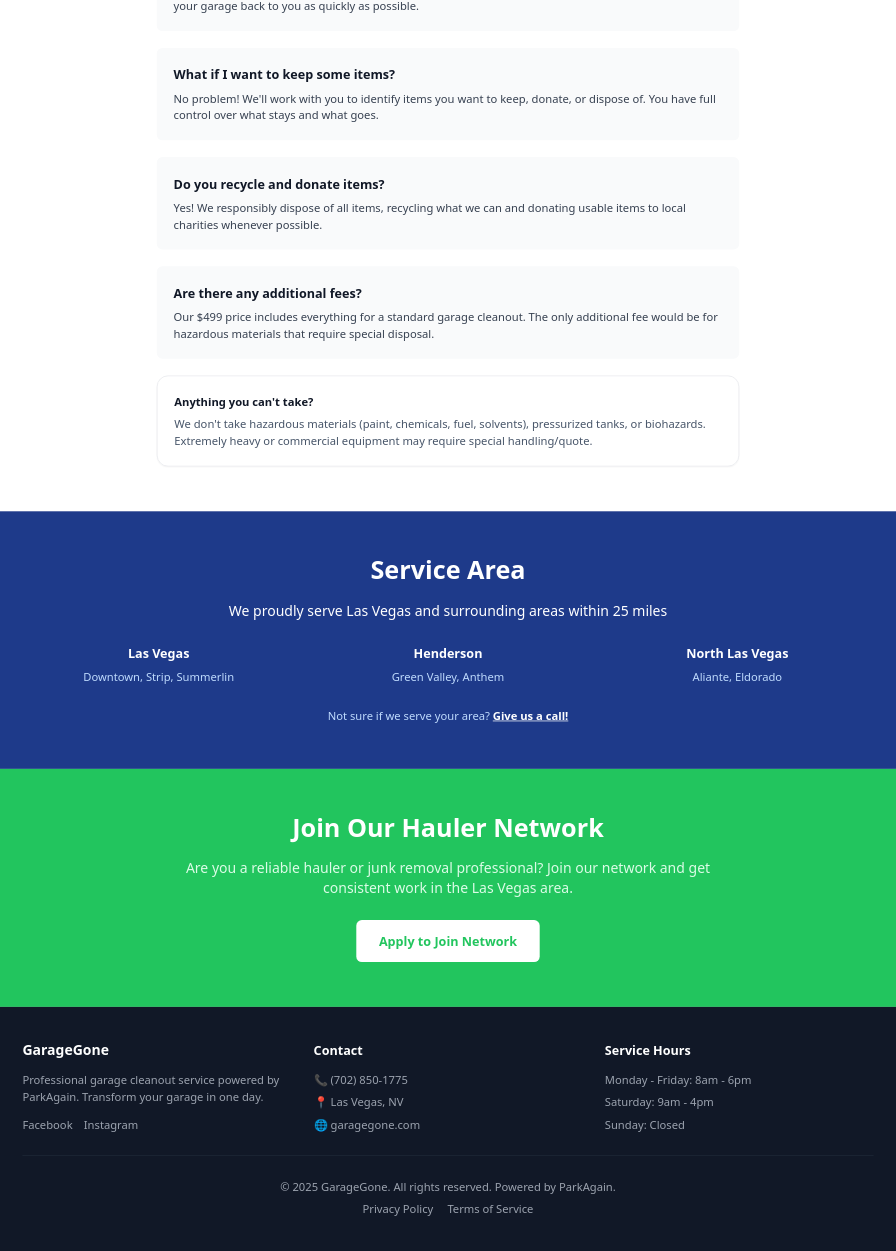
Repository: nikwhite1169/garagegone
Page: index.html
The author's editor kept a copy of each file at every save. The page is drawn from the files as they stood at one save, then again after the next save.
The browser window is 1280 px wide. The pictures show the part of the page from y = 3269 to 5189 px (the page is 5056 px tall before and 5189 px after), at 70% of full size.
Some web libraries are served in a nearby version.

Above is the page before, as saved 2025-09-15 13:45:14.

### index.html
<!DOCTYPE html>
<html lang="en">
<head>
    <meta charset="UTF-8">
    <meta name="viewport" content="width=device-width, initial-scale=1.0">
    <title>GarageGone - Professional Garage Cleanout Service | Las Vegas</title>
    <meta name="description" content="Professional garage cleanout service in Las Vegas. Flat $499 pricing. We haul everything away. Book your garage transformation today with GarageGone.">
    <meta name="keywords" content="garage cleanout, junk removal, Las Vegas, garage cleaning, hauling service, decluttering">

    <!-- Open Graph Meta Tags -->
    <meta property="og:title" content="GarageGone - Professional Garage Cleanout Service | Las Vegas">
    <meta property="og:description" content="Transform your garage with our professional cleanout service. Flat $499 pricing. We haul everything away. Serving Las Vegas and surrounding areas.">
    <meta property="og:image" content="https://garagegone.com/images/garage-before-after.jpg">
    <meta property="og:url" content="https://garagegone.com">
    <meta property="og:type" content="website">
    <meta property="og:site_name" content="GarageGone">

    <!-- Twitter Card Meta Tags -->
    <meta name="twitter:card" content="summary_large_image">
    <meta name="twitter:title" content="GarageGone - Professional Garage Cleanout Service | Las Vegas">
    <meta name="twitter:description" content="Transform your garage with our professional cleanout service. Flat $499 pricing. We haul everything away.">
    <meta name="twitter:image" content="https://garagegone.com/images/garage-before-after.jpg">

    <!-- Favicon -->
    <link rel="icon" type="image/x-icon" href="/favicon.ico">

    <!-- Tailwind CSS CDN -->
    <script src="https://cdn.tailwindcss.com"></script>

    <!-- Custom Tailwind Config -->
    <script>
        tailwind.config = {
            theme: {
                extend: {
                    colors: {
                        'brand-blue': '#1e3a8a',
                        'brand-green': '#22c55e',
                    }
                }
            }
        }
    </script>

    <!-- JSON-LD Schema Markup -->
    <script type="application/ld+json">
    {
        "@context": "https://schema.org",
        "@type": "LocalBusiness",
        "name": "GarageGone",
        "description": "Professional garage cleanout and junk removal service",
        "url": "https://garagegone.com",
        "telephone": "+7028501775",
        "address": {
            "@type": "PostalAddress",
            "addressLocality": "Las Vegas",
            "addressRegion": "NV",
            "addressCountry": "US"
        },
        "areaServed": {
            "@type": "GeoCircle",
            "geoMidpoint": {
                "@type": "GeoCoordinates",
                "latitude": 36.1699,
                "longitude": -115.1398
            },
            "geoRadius": "25 miles"
        },
         "sameAs": [
             "https://facebook.com/ParkAgain",
             "https://instagram.com/parkagain.app"
         ],
        "priceRange": "$499",
        "serviceType": "Garage Cleanout Service",
        "hasOfferCatalog": {
            "@type": "OfferCatalog",
            "name": "Garage Cleanout Services",
            "itemListElement": [
                {
                    "@type": "Offer",
                    "itemOffered": {
                        "@type": "Service",
                        "name": "Complete Garage Cleanout",
                        "description": "Full garage cleanout and junk removal service"
                    },
                    "price": "499",
                    "priceCurrency": "USD"
                }
            ]
        }
    }
    </script>

    <style>
        /* Smooth scroll behavior */
        html {
            scroll-behavior: smooth;
        }

        /* Custom animations */
        @keyframes fadeInUp {
            from {
                opacity: 0;
                transform: translateY(30px);
            }
            to {
                opacity: 1;
                transform: translateY(0);
            }
        }

        .fade-in-up {
            animation: fadeInUp 0.6s ease-out;
        }

        /* Ensure sticky footer doesn't overlap content */
        body {
            padding-bottom: 80px;
        }

        @media (min-width: 768px) {
            body {
                padding-bottom: 0;
            }
        }
    </style>
</head>
<body class="bg-gray-50 text-gray-900">
    <!-- Header -->
    <header class="bg-white shadow-sm sticky top-0 z-40">
        <div class="max-w-7xl mx-auto px-4 sm:px-6 lg:px-8">
            <div class="flex justify-between items-center py-4">
                <div class="flex items-center">
                    <h1 class="text-2xl font-bold text-brand-blue">GarageGone</h1>
                    <span class="ml-2 text-sm text-gray-600">Powered by ParkAgain</span>
                </div>
                <div class="hidden md:flex space-x-4">
                    <a href="tel:+7028501775" class="bg-brand-blue text-white px-4 py-2 rounded-lg font-semibold hover:bg-blue-800 transition-colors">
                        Call Now
                    </a>
                    <a href="https://m.me/parkagain" target="_blank" class="bg-brand-green text-white px-4 py-2 rounded-lg font-semibold hover:bg-green-600 transition-colors">
                        Book Cleanout
                    </a>
                </div>
            </div>
        </div>
    </header>

    <!-- Hero Section -->
    <section class="bg-gradient-to-br from-brand-blue to-blue-800 text-white py-16 md:py-24">
        <div class="max-w-7xl mx-auto px-4 sm:px-6 lg:px-8">
            <div class="text-center fade-in-up">
                <h2 class="text-4xl md:text-6xl font-bold mb-6">
                    Transform Your Garage in One Day
                </h2>
                <p class="text-xl md:text-2xl mb-8 text-blue-100 max-w-3xl mx-auto">
                    Professional garage cleanout service. We sort, haul, and clean everything.
                    <strong class="text-brand-green">Flat $499 pricing.</strong> No surprises.
                </p>
                <div class="flex flex-col sm:flex-row gap-4 justify-center items-center">
                    <a href="https://m.me/parkagain" target="_blank"
                       class="bg-brand-green text-white px-8 py-4 rounded-lg text-lg font-bold hover:bg-green-600 transition-colors w-full sm:w-auto text-center">
                        📱 Book via Messenger
                    </a>
                     <a href="tel:+7028501775"
                        class="bg-white text-brand-blue px-8 py-4 rounded-lg text-lg font-bold hover:bg-gray-100 transition-colors w-full sm:w-auto text-center">
                         📞 Call (702) 850-1775
                     </a>
                </div>
                <ul class="mt-6 text-blue-100 space-y-2">
                  <li>✅ Fast scheduling (usually within 48 hours)</li>
                  <li>✅ One flat price — no surprises</li>
                  <li>✅ Donation, recycling, and disposal handled</li>
                </ul>
                <p class="mt-4 text-blue-200">
                    ⭐ Serving Las Vegas & surrounding areas (25 miles)
                </p>
            </div>
        </div>
    </section>

    <!-- How It Works -->
    <section id="how-it-works" class="py-16 bg-white">
        <div class="max-w-7xl mx-auto px-4 sm:px-6 lg:px-8">
            <div class="text-center mb-12">
                <h3 class="text-3xl md:text-4xl font-bold text-gray-900 mb-4">How It Works</h3>
                <p class="text-xl text-gray-600">Simple 3-step process to transform your garage</p>
            </div>

            <div class="grid md:grid-cols-3 gap-8">
                <div class="text-center p-6 rounded-lg bg-gray-50">
                    <div class="w-16 h-16 bg-brand-blue text-white rounded-full flex items-center justify-center text-2xl font-bold mx-auto mb-4">1</div>
                    <h4 class="text-xl font-bold mb-3">Book Your Appointment</h4>
                    <p class="text-gray-600">Contact us via Messenger or phone. We'll schedule a convenient time that works for you.</p>
                </div>

                <div class="text-center p-6 rounded-lg bg-gray-50">
                    <div class="w-16 h-16 bg-brand-blue text-white rounded-full flex items-center justify-center text-2xl font-bold mx-auto mb-4">2</div>
                    <h4 class="text-xl font-bold mb-3">We Sort & Haul</h4>
                    <p class="text-gray-600">Our professional team arrives, sorts through everything, and hauls away unwanted items responsibly.</p>
                </div>

                <div class="text-center p-6 rounded-lg bg-gray-50">
                    <div class="w-16 h-16 bg-brand-green text-white rounded-full flex items-center justify-center text-2xl font-bold mx-auto mb-4">3</div>
                    <h4 class="text-xl font-bold mb-3">Enjoy Your Space</h4>
                    <p class="text-gray-600">Walk into your clean, organized garage. Use it for parking, storage, or whatever you need!</p>
                </div>
            </div>
        </div>
    </section>

    <!-- Pricing Section -->
    <section id="pricing" class="py-16 bg-gray-50">
        <div class="max-w-7xl mx-auto px-4 sm:px-6 lg:px-8">
            <div class="text-center mb-12">
                <h3 class="text-3xl md:text-4xl font-bold text-gray-900 mb-4">Simple, Flat Pricing</h3>
                <p class="text-xl text-gray-600">No hidden fees. No surprises. One price covers everything.</p>
            </div>

            <div class="max-w-2xl mx-auto">
                <div class="bg-white rounded-2xl shadow-lg p-8 border-4 border-brand-green">
                    <div class="text-center">
                        <div class="text-6xl font-bold text-brand-green mb-2">$499</div>
                        <div class="text-xl text-gray-600 mb-6">Complete Garage Cleanout</div>

                        <div class="text-left space-y-3 mb-8">
                            <div class="flex items-center">
                                <span class="text-brand-green text-xl mr-3">✓</span>
                                <span>Professional sorting and organization</span>
                            </div>
                            <div class="flex items-center">
                                <span class="text-brand-green text-xl mr-3">✓</span>
                                <span>Complete junk removal and hauling</span>
                            </div>
                            <div class="flex items-center">
                                <span class="text-brand-green text-xl mr-3">✓</span>
                                <span>Responsible disposal and recycling</span>
                            </div>
                            <div class="flex items-center">
                                <span class="text-brand-green text-xl mr-3">✓</span>
                                <span>Basic cleaning and sweeping</span>
                            </div>
                            <div class="flex items-center">
                                <span class="text-brand-green text-xl mr-3">✓</span>
                                <span>Up to 4 hours of professional service</span>
                            </div>
                            <div class="flex items-center">
                                <span class="text-brand-green text-xl mr-3">✓</span>
                                <span>Photo confirmation on completion</span>
                            </div>
                        </div>

                        <a href="https://m.me/parkagain" target="_blank"
                           class="bg-brand-green text-white px-8 py-4 rounded-lg text-lg font-bold hover:bg-green-600 transition-colors w-full block text-center">
                            Book Your Cleanout Now
                        </a>
                    </div>
                </div>
            </div>
        </div>
    </section>

    <!-- Before/After Section -->
    <section class="py-16 bg-white">
        <div class="max-w-7xl mx-auto px-4 sm:px-6 lg:px-8">
            <div class="text-center mb-12">
                <h3 class="text-3xl md:text-4xl font-bold text-gray-900 mb-4">See the Transformation</h3>
                <p class="text-xl text-gray-600">Real results from real customers</p>
            </div>

            <div class="grid md:grid-cols-2 gap-8 max-w-4xl mx-auto">
                <div class="text-center">
                    <h4 class="text-xl font-bold mb-4 text-red-600">Before</h4>
                    <div class="bg-gray-200 rounded-lg aspect-video flex items-center justify-center">
                        <img src="https://via.placeholder.com/400x300/cccccc/666666?text=Before+Photo"
                             alt="Cluttered garage before GarageGone cleanout service"
                             class="rounded-lg w-full h-full object-cover">
                    </div>
                </div>

                <div class="text-center">
                    <h4 class="text-xl font-bold mb-4 text-brand-green">After</h4>
                    <div class="bg-gray-200 rounded-lg aspect-video flex items-center justify-center">
                        <img src="https://via.placeholder.com/400x300/22c55e/ffffff?text=After+Photo"
                             alt="Clean, organized garage after GarageGone cleanout service"
                             class="rounded-lg w-full h-full object-cover">
                    </div>
                </div>
            </div>
        </div>
    </section>

    <!-- Before & After Gallery (replaces Reviews) -->
    <section class="bg-slate-50 border-y border-slate-200">
      <div class="max-w-6xl mx-auto px-4 md:px-6 py-12">
        <h2 class="text-2xl md:text-3xl font-bold mb-6">Before & After</h2>
        <p class="text-slate-600 mb-6">Real garages, real results. We clear the entire space so you can park again.</p>
        <div class="grid md:grid-cols-2 gap-6">
          <img src="https://images.unsplash.com/photo-1582582494700-1c476f9b7f8a?q=80&w=1200&auto=format&fit=crop" alt="Cluttered garage before cleanout" class="rounded-2xl border shadow-sm object-cover w-full h-64 md:h-80">
          <img src="https://images.unsplash.com/photo-1600585154526-990dced4db0d?q=80&w=1200&auto=format&fit=crop" alt="Clean garage after cleanout with car parked" class="rounded-2xl border shadow-sm object-cover w-full h-64 md:h-80">
        </div>
        <p class="text-xs text-slate-500 mt-3">*Have before/after photos? We'll swap these placeholders after our first jobs.</p>
      </div>
    </section>

    <!-- FAQ Section -->
    <section id="faq" class="py-16 bg-white">
        <div class="max-w-4xl mx-auto px-4 sm:px-6 lg:px-8">
            <div class="text-center mb-12">
                <h3 class="text-3xl md:text-4xl font-bold text-gray-900 mb-4">Frequently Asked Questions</h3>
            </div>

            <div class="space-y-6">
                <div class="bg-gray-50 rounded-lg p-6">
                    <h4 class="text-lg font-bold mb-2">How long does a garage cleanout take?</h4>
                    <p class="text-gray-700">Most garage cleanouts take 2-4 hours depending on the amount of items. We work efficiently to get your garage back to you as quickly as possible.</p>
                </div>

                <div class="bg-gray-50 rounded-lg p-6">
                    <h4 class="text-lg font-bold mb-2">What if I want to keep some items?</h4>
                    <p class="text-gray-700">No problem! We'll work with you to identify items you want to keep, donate, or dispose of. You have full control over what stays and what goes.</p>
                </div>

                <div class="bg-gray-50 rounded-lg p-6">
                    <h4 class="text-lg font-bold mb-2">Do you recycle and donate items?</h4>
                    <p class="text-gray-700">Yes! We responsibly dispose of all items, recycling what we can and donating usable items to local charities whenever possible.</p>
                </div>

                <div class="bg-gray-50 rounded-lg p-6">
                    <h4 class="text-lg font-bold mb-2">Are there any additional fees?</h4>
                    <p class="text-gray-700">Our $499 price includes everything for a standard garage cleanout. The only additional fee would be for hazardous materials that require special disposal.</p>
                </div>

                <div class="rounded-2xl border p-6 shadow-sm">
                  <h3 class="font-semibold">Anything you can't take?</h3>
                  <p class="text-slate-600 mt-2">We don't take hazardous materials (paint, chemicals, fuel, solvents), pressurized tanks, or biohazards. Extremely heavy or commercial equipment may require special handling/quote.</p>
                </div>
            </div>
        </div>
    </section>

    <!-- Service Area -->
    <section class="py-16 bg-brand-blue text-white">
        <div class="max-w-7xl mx-auto px-4 sm:px-6 lg:px-8">
            <div class="text-center">
                <h3 class="text-3xl md:text-4xl font-bold mb-6">Service Area</h3>
                <p class="text-xl mb-8">We proudly serve Las Vegas and surrounding areas within 25 miles</p>

                <div class="grid md:grid-cols-3 gap-6 text-center">
                    <div>
                        <h4 class="font-bold text-lg mb-2">Las Vegas</h4>
                        <p class="text-blue-200">Downtown, Strip, Summerlin</p>
                    </div>
                    <div>
                        <h4 class="font-bold text-lg mb-2">Henderson</h4>
                        <p class="text-blue-200">Green Valley, Anthem</p>
                    </div>
                    <div>
                        <h4 class="font-bold text-lg mb-2">North Las Vegas</h4>
                        <p class="text-blue-200">Aliante, Eldorado</p>
                    </div>
                </div>

                <div class="mt-8">
                    <p class="text-blue-200">Not sure if we serve your area? <a href="tel:+7028501775" class="text-white hover:text-brand-green underline font-semibold">Give us a call!</a></p>
                </div>
            </div>
        </div>
    </section>

    <!-- Join Hauler Network CTA -->
    <section class="py-16 bg-brand-green text-white">
        <div class="max-w-4xl mx-auto px-4 sm:px-6 lg:px-8 text-center">
            <h3 class="text-3xl md:text-4xl font-bold mb-6">Join Our Hauler Network</h3>
            <p class="text-xl mb-8 text-green-100">
                Are you a reliable hauler or junk removal professional? Join our network and get consistent work in the Las Vegas area.
            </p>
            <a href="https://forms.gle/CVCqmNvirqqFKjCk8" target="_blank"
               class="bg-white text-brand-green px-8 py-4 rounded-lg text-lg font-bold hover:bg-gray-100 transition-colors inline-block">
                Apply to Join Network
            </a>
        </div>
    </section>

    <!-- Footer -->
    <footer class="bg-gray-900 text-white py-12">
        <div class="max-w-7xl mx-auto px-4 sm:px-6 lg:px-8">
            <div class="grid md:grid-cols-3 gap-8">
                <div>
                    <h4 class="text-xl font-bold mb-4">GarageGone</h4>
                    <p class="text-gray-400 mb-4">Professional garage cleanout service powered by ParkAgain. Transform your garage in one day.</p>
                    <div class="flex space-x-4">
                        <a href="https://facebook.com/ParkAgain" target="_blank" class="text-gray-400 hover:text-white">
                            Facebook
                        </a>
                        <a href="https://instagram.com/parkagain.app" target="_blank" class="text-gray-400 hover:text-white">
                            Instagram
                        </a>
                    </div>
                </div>

                <div>
                    <h4 class="text-lg font-bold mb-4">Contact</h4>
                    <div class="space-y-2 text-gray-400">
                        <p>📞 (702) 850-1775</p>
                        <p>📍 Las Vegas, NV</p>
                        <p>🌐 garagegone.com</p>
                    </div>
                </div>

                <div>
                    <h4 class="text-lg font-bold mb-4">Service Hours</h4>
                    <div class="space-y-2 text-gray-400">
                        <p>Monday - Friday: 8am - 6pm</p>
                        <p>Saturday: 9am - 4pm</p>
                        <p>Sunday: Closed</p>
                    </div>
                </div>
            </div>

            <div class="border-t border-gray-800 mt-8 pt-8 text-center text-gray-400">
                <p>&copy; 2025 GarageGone. All rights reserved. Powered by ParkAgain.</p>
                <div class="mt-2 space-x-4">
                    <a href="privacy-policy.html" class="hover:text-white">Privacy Policy</a>
                    <a href="terms-of-service.html" class="hover:text-white">Terms of Service</a>
                </div>
            </div>
        </div>
    </footer>

    <!-- Sticky Mobile Footer -->
    <div class="fixed bottom-0 left-0 right-0 bg-white border-t border-gray-200 p-4 md:hidden z-50">
        <div class="flex space-x-3">
            <a href="https://m.me/parkagain" target="_blank"
               class="flex-1 bg-brand-green text-white py-3 px-4 rounded-lg font-bold text-center hover:bg-green-600 transition-colors">
                📱 Book Cleanout
            </a>
            <a href="https://forms.gle/CVCqmNvirqqFKjCk8" target="_blank"
               class="flex-1 bg-brand-blue text-white py-3 px-4 rounded-lg font-bold text-center hover:bg-blue-800 transition-colors">
                🚛 Join Network
            </a>
        </div>
    </div>

    <!-- Trust Badges -->
    <div class="hidden md:block fixed bottom-4 right-4 bg-white rounded-lg shadow-lg p-3 z-40">
        <div class="flex items-center space-x-2 text-sm">
            <span class="text-brand-green">✓</span>
            <span class="text-gray-700">Insured & Bonded</span>
        </div>
    </div>
</body>
</html>

After the next save:
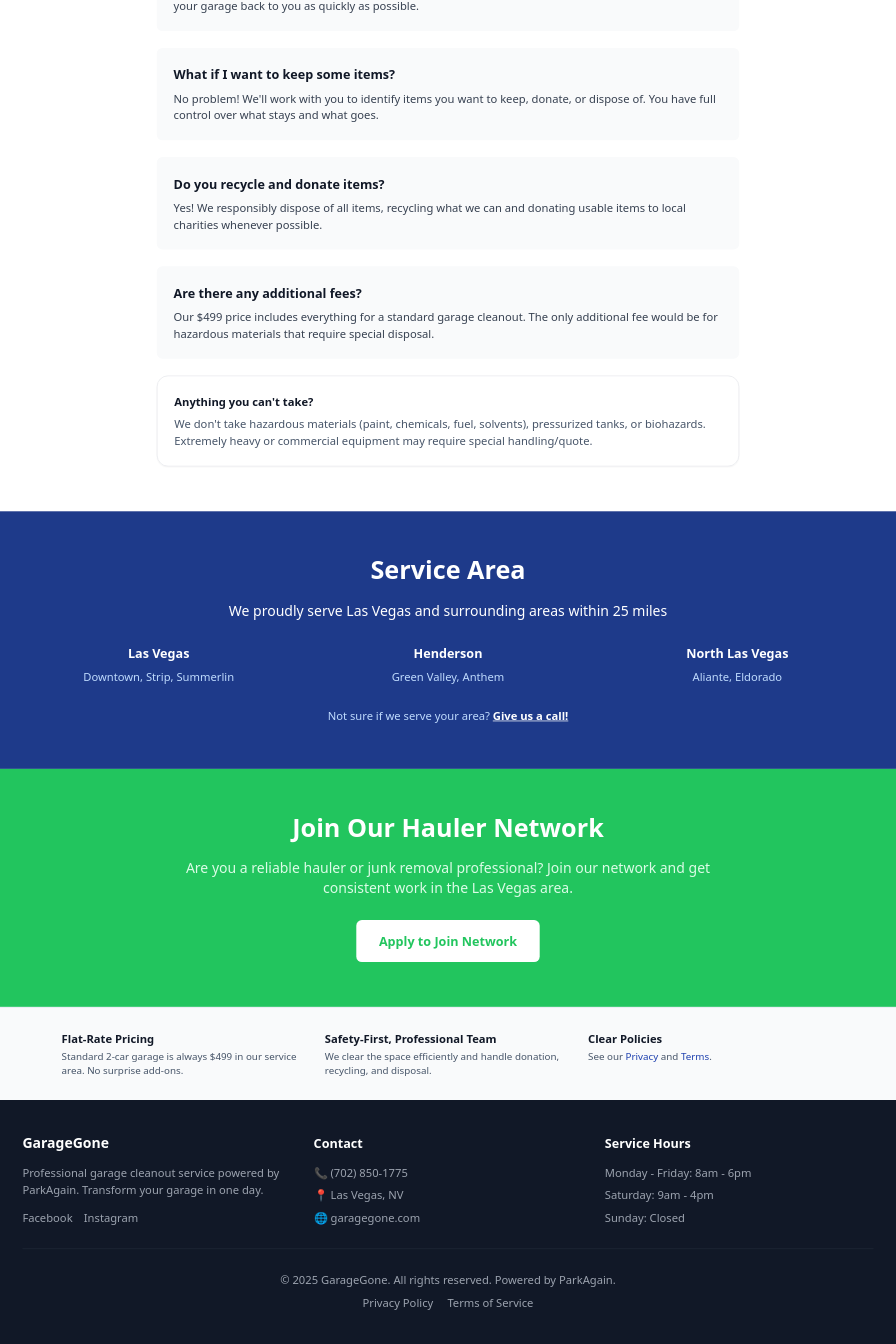
Saved 9 s later.
--- a/index.html
+++ b/index.html
@@ -381,6 +381,24 @@
         </div>
     </section>
 
+    <!-- Trust & Policies strip -->
+    <section class="border-t border-slate-200">
+      <div class="max-w-6xl mx-auto px-4 md:px-6 py-8 grid gap-6 md:grid-cols-3">
+        <div>
+          <div class="font-semibold">Flat-Rate Pricing</div>
+          <p class="text-slate-600 text-sm mt-1">Standard 2-car garage is always $499 in our service area. No surprise add-ons.</p>
+        </div>
+        <div>
+          <div class="font-semibold">Safety-First, Professional Team</div>
+          <p class="text-slate-600 text-sm mt-1">We clear the space efficiently and handle donation, recycling, and disposal.</p>
+        </div>
+        <div>
+          <div class="font-semibold">Clear Policies</div>
+          <p class="text-slate-600 text-sm mt-1">See our <a class="text-blue-800 hover:underline" href="/privacy-policy.html">Privacy</a> and <a class="text-blue-800 hover:underline" href="/terms-of-service.html">Terms</a>.</p>
+        </div>
+      </div>
+    </section>
+
     <!-- Footer -->
     <footer class="bg-gray-900 text-white py-12">
         <div class="max-w-7xl mx-auto px-4 sm:px-6 lg:px-8">
